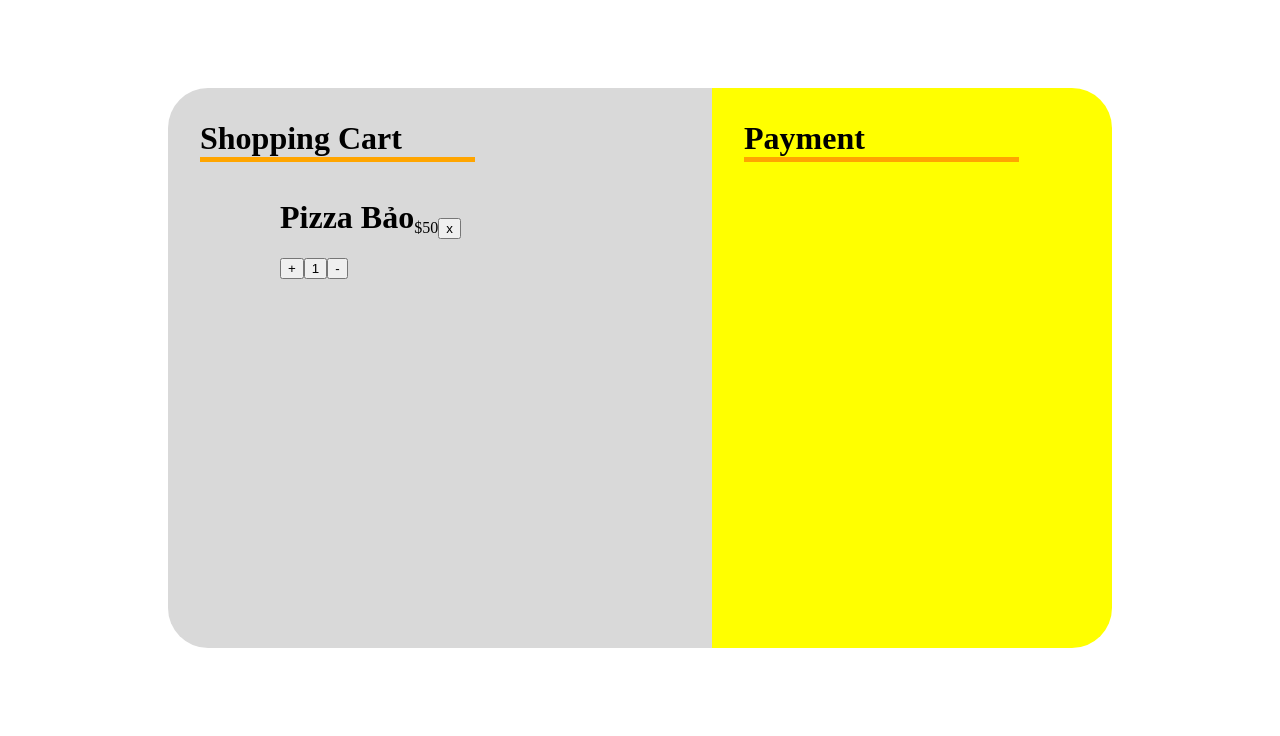
Repository: NDBaoFE/pizza-ordering-hiep
Page: /checkout
The author's editor kept a copy of each file at every save. The page is drawn from the files as they stood at one save, then again after the next save.
The browser window is 1280 px wide. The pictures show the whole page.
The project was rebuilt for these pictures with package versions that can differ from the ones it lists, and the page was loaded fresh each time.

Above is the page before, as saved 2022-08-27 22:07:28.

### public/index.html
<!DOCTYPE html>
<html lang="en">
  <head>
    <meta charset="utf-8" />
    <link rel="icon" href="%PUBLIC_URL%/avatar.png" />
    <meta name="viewport" content="width=device-width, initial-scale=1" />
    <meta name="theme-color" content="#000000" />
    <link rel="apple-touch-icon" href="%PUBLIC_URL%/avatar.png" />
    <title>Pizza Ordering</title>
  </head>
  <body>
    <noscript>You need to enable JavaScript to run this app.</noscript>
    <div id="root"></div>
  </body>
</html>

### src/App.js
import RouterComponent from './router'

function App() {
  return <>{RouterComponent}</>
}

export default App

### src/router/index.js
import { BrowserRouter, Routes, Route } from 'react-router-dom'
import Checkout from '../pages/Checkout'

const privateRoutes = [{ name: 'checkout', path: '/checkout', element: <Checkout /> }]

const RouterComponent = (
  <BrowserRouter>
    <Routes>
      {privateRoutes.map((route) => (
        <Route key={route.name} path={route.path} element={route.element} />
      ))}
    </Routes>
  </BrowserRouter>
)

export default RouterComponent

### src/pages/Checkout/index.jsx
import React from 'react'
import * as Styled from './Checkout.styled'

const Checkout = (props) => {
  return (
    <Styled.Background>
      <Styled.Cart>
        <Styled.Header>Shopping Cart</Styled.Header>
        <Styled.List>
          <Styled.Item>
            <Styled.Image />
            <Styled.Info>
              <Styled.PizzaName>Pizza Bảo</Styled.PizzaName>
              <div>
                <Styled.Button>+</Styled.Button>
                <Styled.Button>1</Styled.Button>
                <Styled.Button>-</Styled.Button>
              </div>
            </Styled.Info>
            <Styled.Price>$50</Styled.Price>
            <Styled.CloseButton>x</Styled.CloseButton>
          </Styled.Item>
        </Styled.List>
      </Styled.Cart>
      <Styled.Payment>
        <Styled.Header>Payment</Styled.Header>
      </Styled.Payment>
    </Styled.Background>
  )
}

Checkout.propTypes = {}

export default Checkout

### src/pages/Checkout/Checkout.styled.js
import styled from 'styled-components'

export const Background = styled.div`
  box-sizing: border-box;
  width: 100%;
  height: 100vh;
  padding: 5rem 10rem;
  display: flex;
  overflow-y: hidden;
`
export const Cart = styled.div`
  padding: 2rem;
  display: block;
  background-color: #d9d9d9;
  flex: 1;
  border-top-left-radius: 40px;
  border-bottom-left-radius: 40px;
`
export const Payment = styled.div`
  box-sizing: border-box;
  padding: 2rem;
  min-width: 400px;
  background-color: yellow;
  border-top-right-radius: 40px;
  border-bottom-right-radius: 40px;
`

export const Header = styled.header`
  font-size: 2rem;
  font-weight: 700;

  &::after {
    content: '';
    display: block;
    width: 275px;
    height: 5px;
    background-color: orange;
  }
`

export const List = styled.ul`
  list-style: none;
`

export const Item = styled.ul`
  display: flex;
  align-items: center;
`

export const Image = styled.img``
export const Info = styled.div``
export const PizzaName = styled.h1``
export const Button = styled.button``
export const Price = styled.span``
export const CloseButton = styled.button``

Loaded but not shown: src/index.js (common file)

After the next save:
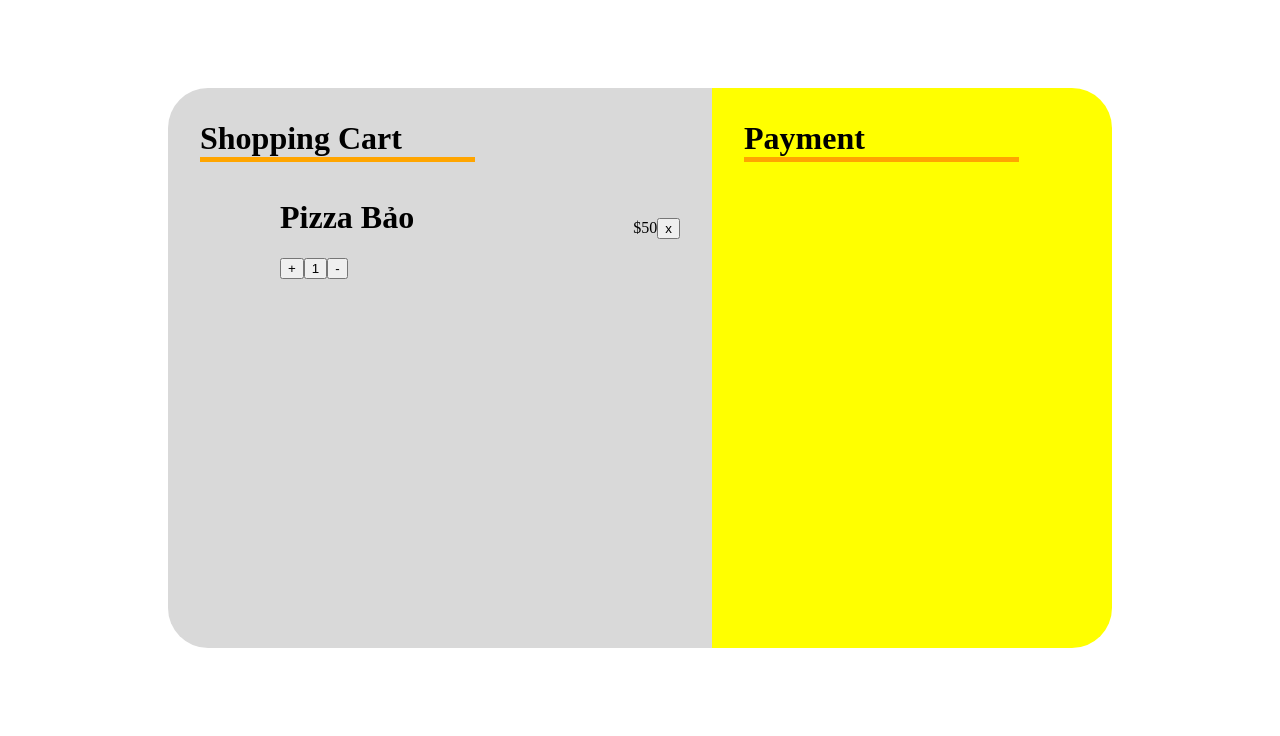
Saved 16 s later.
--- a/src/pages/Checkout/Checkout.styled.js
+++ b/src/pages/Checkout/Checkout.styled.js
@@ -48,7 +48,9 @@ export const Item = styled.ul`
 `
 
 export const Image = styled.img``
-export const Info = styled.div``
+export const Info = styled.div`
+  flex: 1;
+`
 export const PizzaName = styled.h1``
 export const Button = styled.button``
 export const Price = styled.span``
